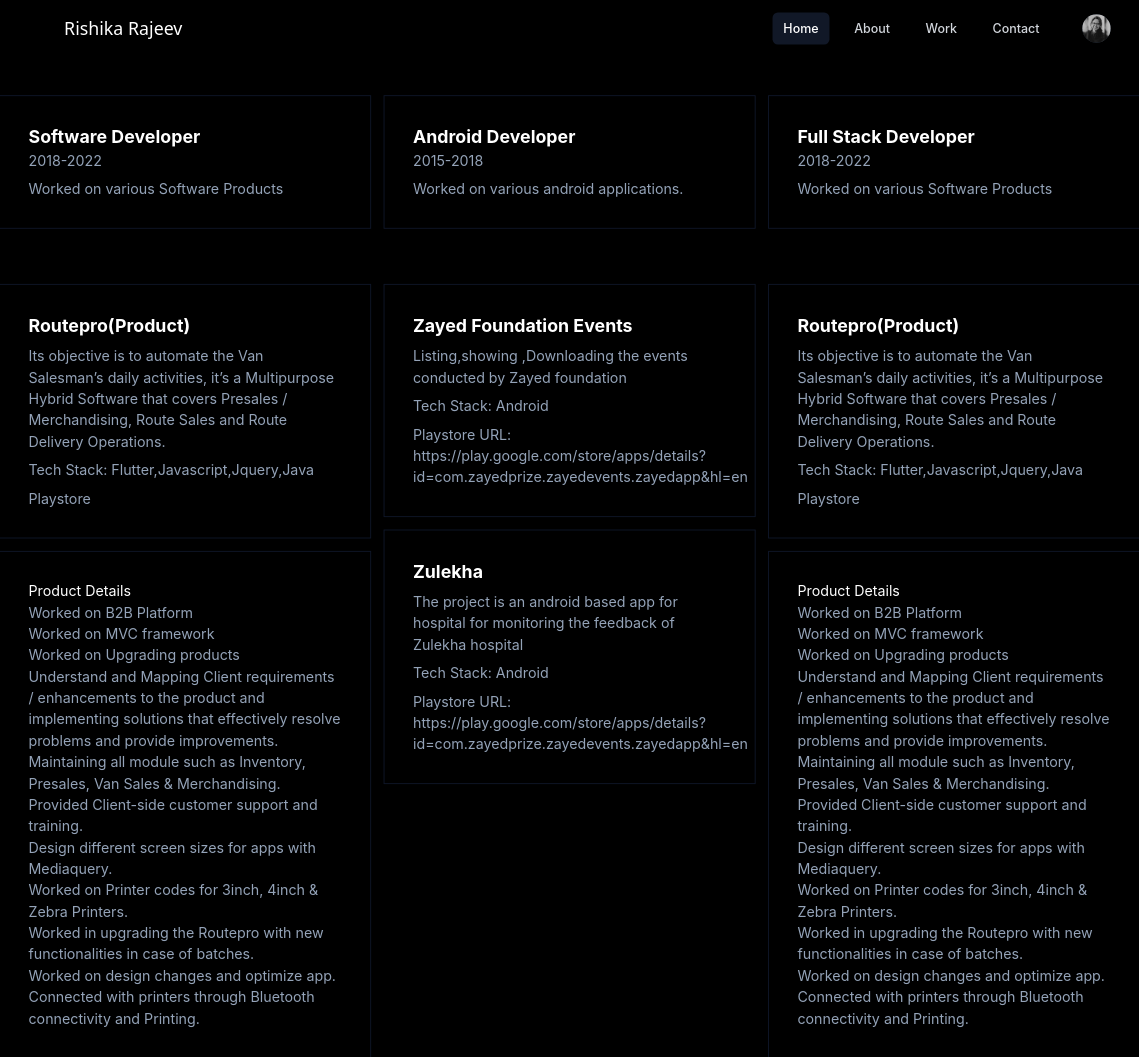
Repository: rishikarajeev/portfolio_rishika
Page: /work
An editor plug-in stored every save of this project. The page is shown before and after the next save, followed by the edit.
The browser window is 1280 px wide. The pictures show the whole page, at 89% of full size.
The project was rebuilt for these pictures with package versions that can differ from the ones it lists, and the page was loaded fresh each time. Also part of the build but not shown: src/Pages/Home.jsx, src/Pages/About.jsx, src/Pages/Contact.jsx.

Above is the page before, as saved 2023-10-23 19:00:14.

After the next save:
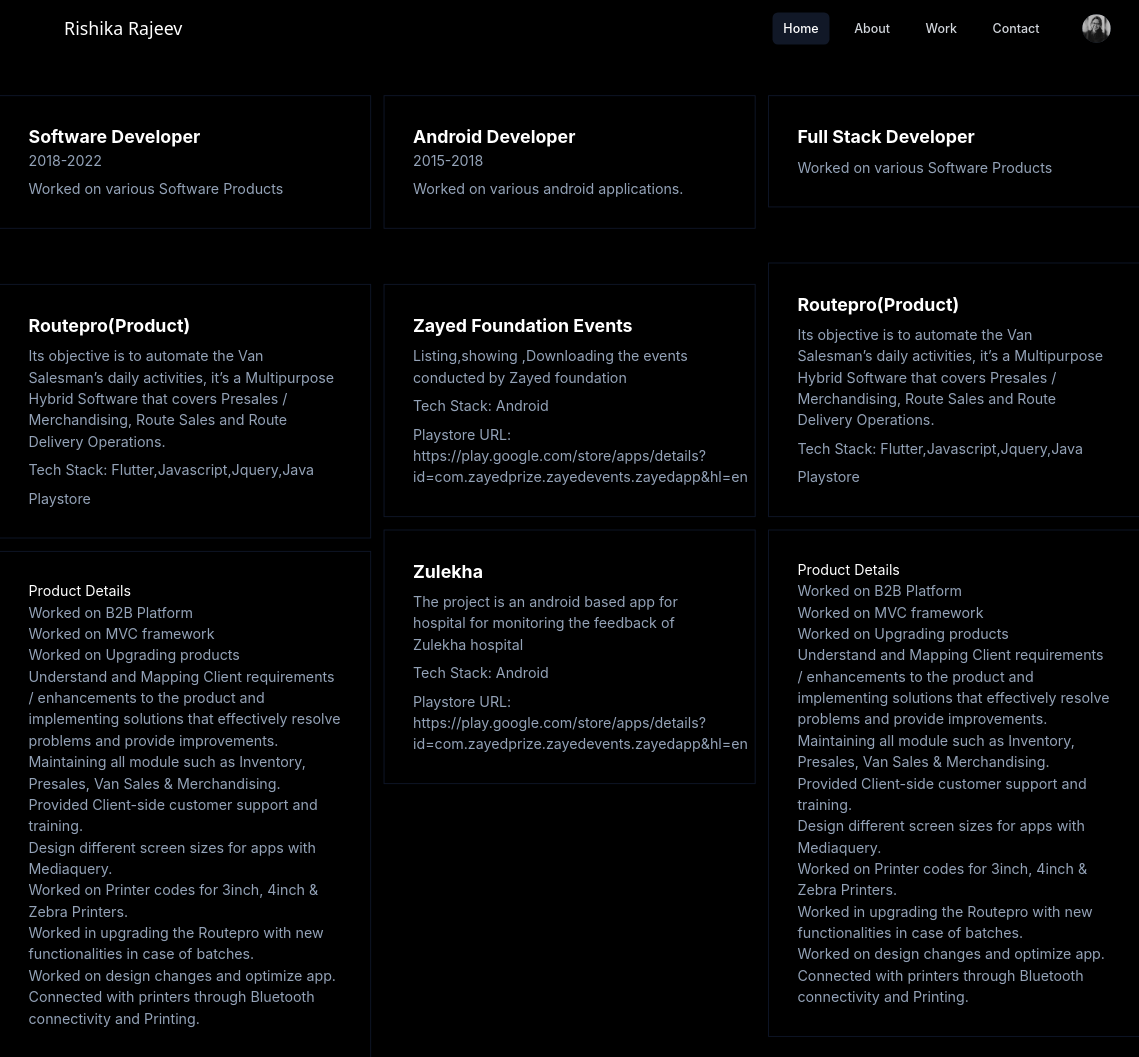
Saved 9 s later.
--- a/src/Pages/Mywork.jsx
+++ b/src/Pages/Mywork.jsx
@@ -93,7 +93,7 @@ function Mywork() {
               <Work
                 title="Full Stack Developer"
                 description="Worked on various Software Products"
-                year="2018-2022"
+
               />
               <h2 className="text-3xl font-bold mt-6 mb-1">Projects</h2>
               <Project
